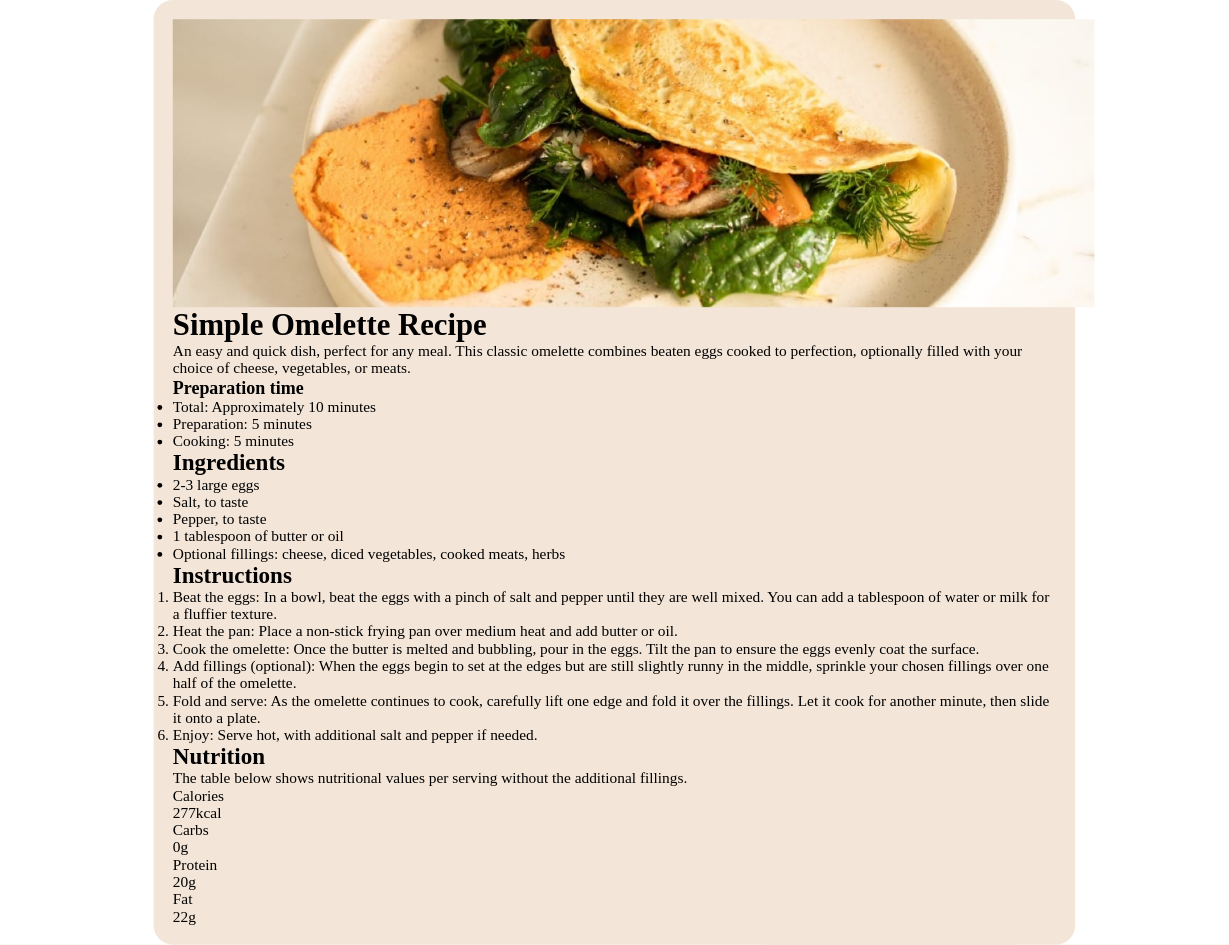
Repository: reemoon-ctrl/mine-recipe-page-main
Page: index1.html
An editor plug-in stored every save of this project. The page is shown before and after a run of saves, followed by the edit.
The browser window is 1280 px wide. The pictures show the whole page, at 96% of full size.

Above is the page before, as saved 2024-08-11 13:49:17.

After the next 2 saves:
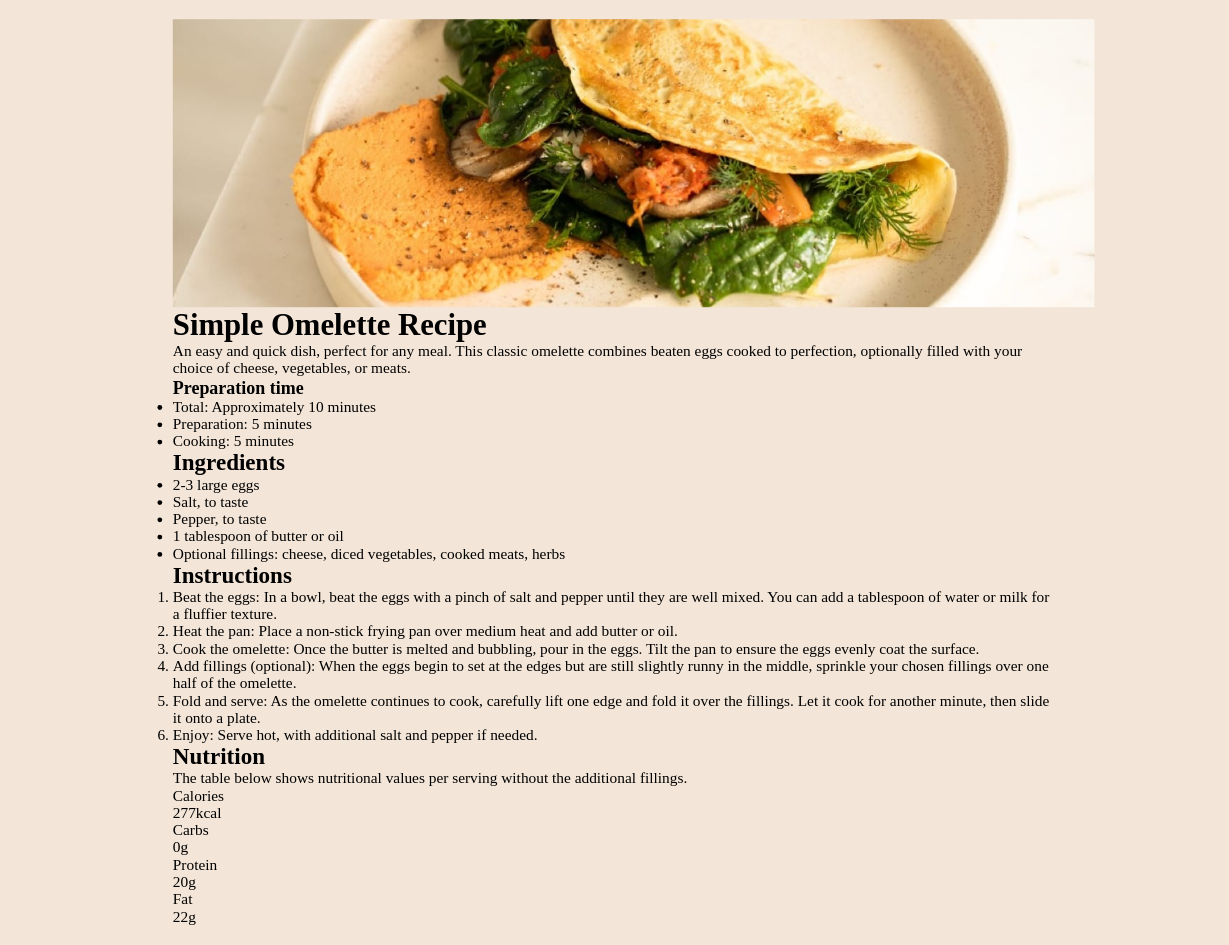
The 2 saves are shown as one change because they came seconds apart.
The last was saved 23 s later.
--- a/style.css
+++ b/style.css
@@ -6,6 +6,7 @@
 body{
     height: 100vh;
     width: 100vw;
+    background: hsl(30, 54%, 90%);
 }
 .rec-img{
     width: 960px;
@@ -13,7 +14,7 @@ body{
     background: url(/image-omelette.jpeg)no-repeat center center/cover;
 }
 .container{
-    background: hsl(30, 54%, 90%);
+
     border-radius: 20px;
     margin: auto;
     max-width:960px;
